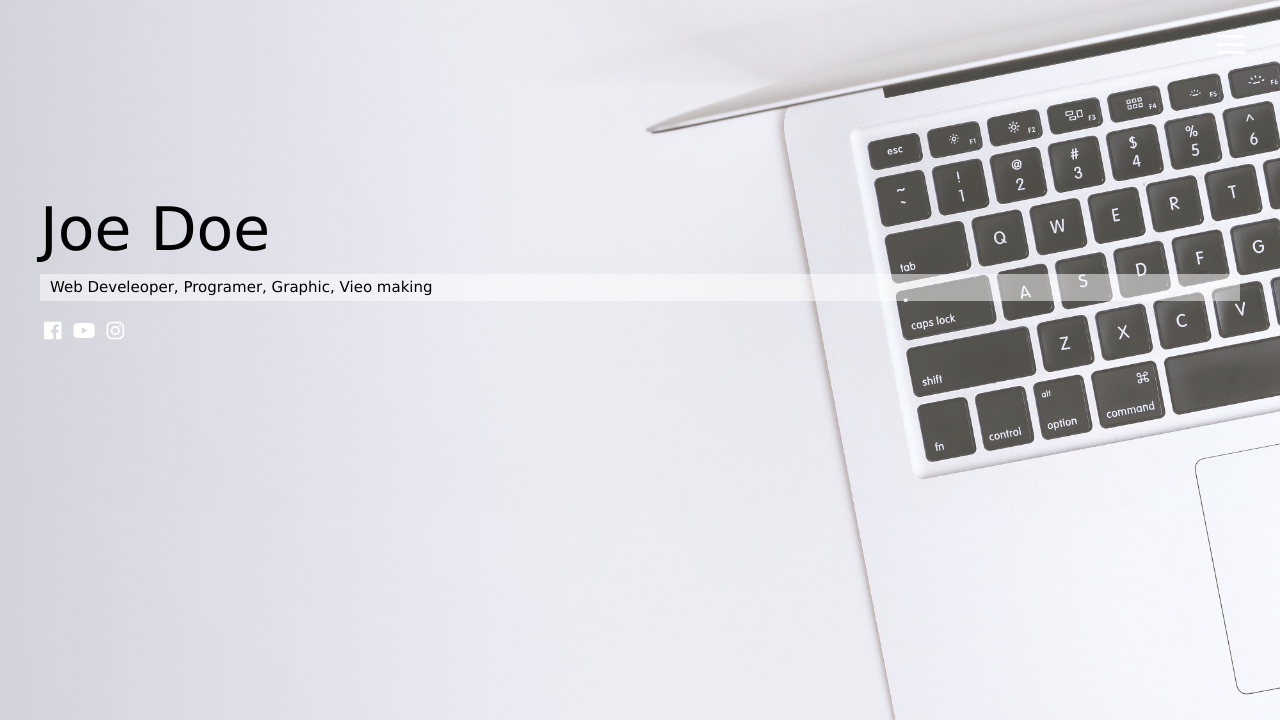
Repository: Zudoshi/morden-portfolio-test
Page: dist/index.html
An editor plug-in stored every save of this project. The page is shown before and after the next save, followed by the edit.
The browser window is 1280 px wide. The pictures show the whole page.
Some web libraries are served in a nearby version. The style sheet was rebuilt from its Sass, Less or Tailwind sources for each picture, by a compiler version that may differ from the author's.

Above is the page before, as saved 2019-12-30 00:10:11.

### dist/index.html
<!DOCTYPE html>
<html lang="en">

<head>
  <meta charset="UTF-8" />
  <meta name="viewport" content="width=device-width, initial-scale=1.0" />
  <meta http-equiv="X-UA-Compatible" content="ie=edge" />
  <link rel="stylesheet" href="https://use.fontawesome.com/releases/v5.2.0/css/all.css"
    integrity="sha384-hWVjflwFxL6sNzntih27bfxkr27PmbbK/iSvJ+a4+0owXq79v+;sFlW54b0GbiDO" crossorigin="anonymus" />
  <title>Custom line</title>
  <link rel="stylesheet" href="css/main.css" />
</head>

<body id="bg-img">
  <header>
    <div class="menu-btn">
      <div class="btn-line"></div>
      <div class="btn-line"></div>
      <div class="btn-line"></div>
    </div>

    <nav class="menu">
      <div class="menu-branding">
        <div class="portrait"></div>
      </div>
      <ul class="menu-nav">
        <li class="nav-item current">
          <a href="/" class="nav-link">Home</a>
        </li>
        <li class="nav-item">
          <a href="/about.html" class="nav-link">About me</a>
        </li>
        <li class="nav-item">
          <a href="/work.html" class="nav-link">My work</a>
        </li>
        <li class="nav-item">
          <a href="/contant.html" class="nav-link">Kontakt</a>
        </li>
      </ul>
    </nav>
  </header>
  <main id="home">
    <h1 class="lg-heading">Joe <span class="text-secondary">Doe</span></h1>
    <h2 class="sm-heading">
      Web Develeoper, Programer, Graphic, Vieo making
    </h2>
    <div class="icons">
      <a href="#!">
        <i class="fab fa-facebook fa-2x"></i>
      </a>
      <a href="#!">
        <i class="fab fa-youtube fa-2x"></i>
      </a>
      <a href="#!">
        <i class="fab fa-instagram fa-2x"></i>
      </a>
    </div>
  </main>

  <script src="/dist/js/mian.js"></script>
</body>

</html>

### dist/js/mian.js
// Select DOM Items
const menuBtn = document.querySelector('.menu-btn');
const menu = document.querySelector('.menu');
const menuNav = document.querySelector('.menu-nav');
const menuBranding = document.querySelector('.menu-branding');
const navItems = document.querySelectorAll('.nav-item');


//set Initail Stat of menu

let showMenu = false;

menuBtn.addEventListener('click', toggleMenu);

function toggleMenu() {
    if (!showMenu) {
        menuBtn.classList.add('close');
        menu.classList.add('show');
        menuNav.classList.add('show');
        menuBranding.classList.add('show');
        navItems.forEach(item => item.classList.add('show'));

        //set Menu State
        showMenu = true;
    } else {
        menuBtn.classList.remove('close');
        menu.classList.remove('show');
        menuNav.classList.remove('show');
        menuBranding.classList.remove('show');
        navItems.forEach(item => item.classList.remove('show'));

        //set Menu State
        showMenu = false;
    }
}

### SCSS/main.scss
@import 'config';
@import 'menu';
@import 'moblie';

html {
    font-size: 10px;
}

* {
    box-sizing: border-box;
}

body {
    @include background();
    background: $primary-color;
    color: set-text-color($primary-color);
    height: 100%;
    margin: 0;
    font-family: Verdana, Geneva, Tahoma, sans-serif;
    line-height: 1.5;
}

// headding
h1,
h2,
h3 {
    margin: 0;
    font-weight: 400;

    &.lg-heading {
        font-size: 6rem;
    }

    &.sm-heading {
        margin-bottom: 2rem;
        padding: 0.2rem 1rem;
        background: rgba(lighten($primary-color, 2), 0.5);
    }
}

a {
    color: #fff;
    text-decoration: none;
}

header {
    position: fixed;
    z-index: 2;
    width: 100%;
}

.text-secondary {
    color: $secondary-color;
}

main {
    padding: 4rem;
    height: 100%;

    .icons {
        margin-top: 1rem;

        a {
            padding: 0.4rem;

            &:hover {
                color: $secondary-color;
                @include easeOut();
            }
        }
    }

    &#home {
        overflow: hidden;

        h1 {
            margin-top: 20vh;
        }
    }
}

### SCSS/_config.scss
$primary-color: #fff;
$secondary-color: #000;
$show-home-image: true;
$home-image: url(../img/home.jpg);
$background-opacity: 0.2;

@mixin easeOut {
    transition: all 0.5s ease-out;
}

@mixin background {
    @if $show-home-image {
        &#bg-img {
            background: $home-image;
            background-attachment: fixed;
            background-size: cover;

            &:after {
                content: '';
                position: absolute;
                top: 0;
                right: 0;
                width: 100%;
                height: 100%;
                z-index: -1;
                background: rgba($primary-color, $background-opacity);
            }
        }
    }
}

//Set text clolor
@function set-text-color($color) {
    @if (lightness($color) > 40) {
        @return #000;
    }

    @else {
        @return #fff;
    }
}


// Media Query Mixins
@mixin mediaSm {
    @media screen and (max-width: 500px) {
        @content;
    }
}

@mixin mediaMd {
    @media screen and (max-width: 768px) {
        @content;
    }
}

@mixin mediaLg {
    @media screen and (min-width: 769px) and (max-width: 1170px) {
        @content;
    }
}

@mixin mediaXl {
    @media screen and (min-width: 1171px) {
        @content;
    }
}

### SCSS/_menu.scss
// Menu Button
.menu-btn {
    position: absolute;
    z-index: 3;
    right: 35px;
    top: 35px;
    cursor: pointer;
    @include easeOut;

    .btn-line {
        width: 28px;
        height: 3px;
        margin: 0 0 5px 0;
        background: #fff;
        @include easeOut;
    }

    // Rorate Into X With menu Lines

    &.close {
        transform: rotate(180deg);

        .btn-line {

            // Line 1 - rotate
            &:nth-child(1) {
                transform: rotate(45deg) translate(5px, 5px);
            }

            // Line 2 - rotate
            &:nth-child(2) {
                opacity: 0;
            }

            // Line 3 - rotate
            &:nth-child(3) {
                transform: rotate(-45deg) translate(7px, -6px);
            }
        }
    }
}

// Menu Overlay

.menu {
    position: fixed;
    top: 0;
    width: 100%;
    opacity: 0.8;
    visibility: hidden;

    &.show {
        visibility: visible;
    }

    &-branding,
    &-nav {
        display: flex;
        flex-flow: column wrap;
        align-items: center;
        justify-content: center;
        float: left;
        width: 50%;
        height: 100vh;
        overflow: hidden;
    }

    &-nav {
        margin: 0;
        padding: 0;
        background: darken($primary-color, 5);
        list-style: none;
        transform: translate3d(0, -100%, 0);
        @include easeOut;

        &.show {
            // slide in form top
            transform: translate3d(0, 0, 0);
        }
    }

    // Branding Side
    &-branding {
        background: $primary-color;
        @include easeOut;
        transform: translate3d(0, 100%, 0);

        &.show {
            // slide in form top
            transform: translate3d(0, 0, 0);
        }

        .portrait {
            width: 250px;
            height: 250px;
            background: url(../img/photo.jpg);
            background-size: contain;
            border-radius: 50%;
            border: solid 3px $secondary-color;
        }
    }

    .nav-item {
        transform: translate3d(600px, 0, 0);
        @include easeOut;

        &.show {
            // slide in form right
            transform: translate3d(0, 0, 0);
        }

        &.current>a {
            color: $secondary-color;
        }
    }

    .nav-link {
        display: inline-block;
        position: relative;
        font-size: 30px;
        text-transform: uppercase;
        padding: 1rem 0;
        font-weight: 300;
        color: #fff;
        text-decoration: none;
        @include easeOut;

        &:hover {
            color: $secondary-color;
        }
    }

}

// Delay each nav item slide by 0.1s
@for $x from 1 through 4 {
    .nav-item:nth-child(#{$x}) {
        transition-delay: $x * 0.1s;
    }
}

### SCSS/_moblie.scss
// Widescreens
@include mediaXl {}

// Desktpos & Laptops
@include mediaLg {}

// Tablests & Small Laptops
@include mediaMd {
    main {
        align-items: center;
        text-align: center;

        .lg-heading {
            line-height: 1;
            margin-bottom: 1rem;
        }
    }

    ul.menu-nav,
    div.menu-branding {
        float: none;
        width: 100%;

        &.show {
            transform: translate3d(0, 0, 0);
        }
    }

    .menu-nav {
        height: 75vh;
        transform: translate3d(-100%, 0, 0);
        font-size: 24px;
    }

    .menu-branding {
        height: 25vh;
        transform: translate3d(100%, 0, 0);


        .portrait {
            background: url(../img/small.JPG);
            width: 150px;
            height: 150px;
        }
    }

}

// Smatphones
@include mediaSm {
    main#home h1 {
        margin-top: 10vh;
        min-height: 0;
    }
}

After the next save:
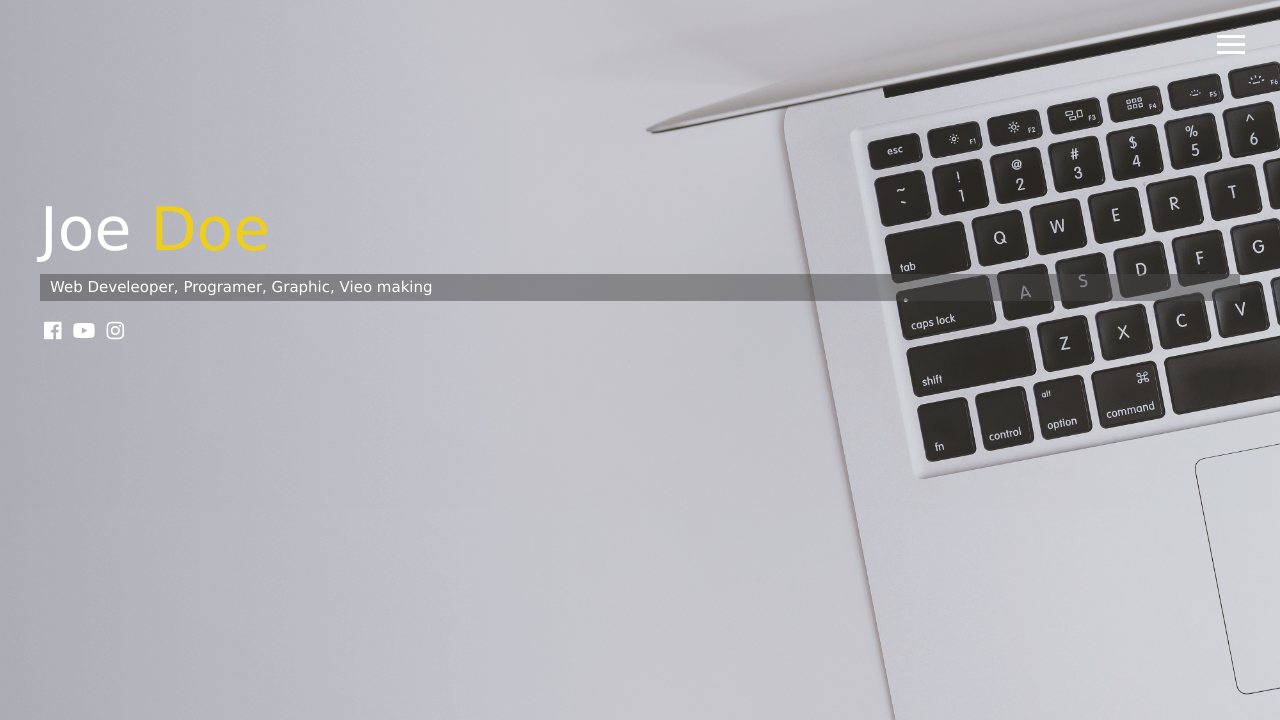
Saved 15 s later.
--- a/SCSS/_config.scss
+++ b/SCSS/_config.scss
@@ -1,5 +1,5 @@
-$primary-color: #fff;
-$secondary-color: #000;
+$primary-color: #444;
+$secondary-color: #eece1a;
 $show-home-image: true;
 $home-image: url(../img/home.jpg);
 $background-opacity: 0.2;
